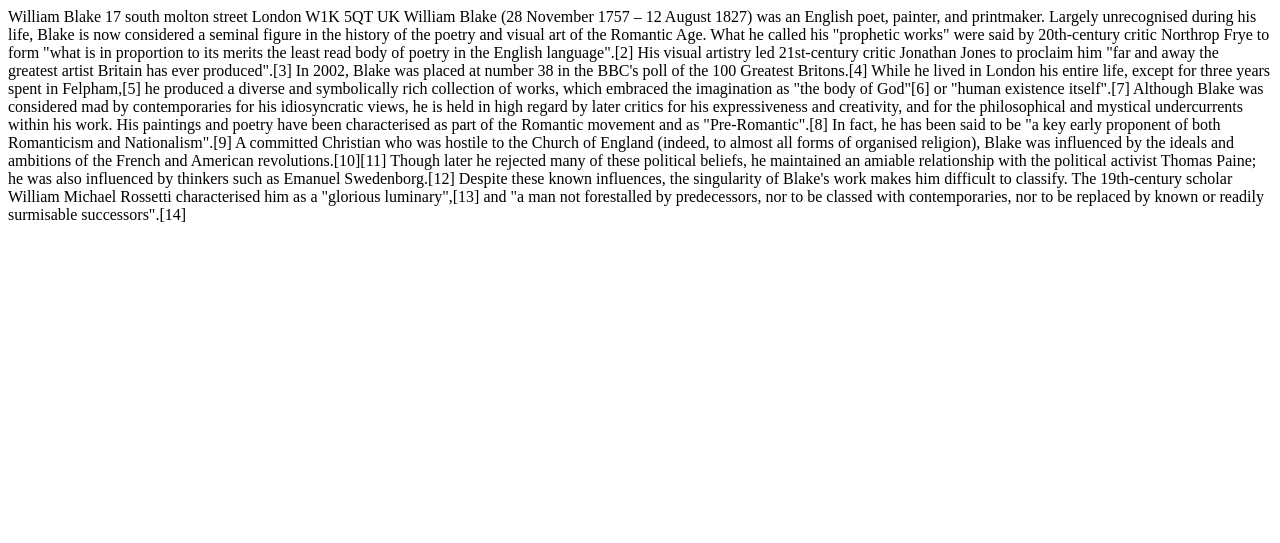
Repository: logan-lampton/python
Page: web-foundation/poet.html
These files come from the project's save history. The page is drawn as it stood at one moment and after the next save; the edit follows.
The browser window is 1280 px wide. The pictures show the whole page.

Above is the page before, as saved 2023-08-23 15:23:34.

After the next save:
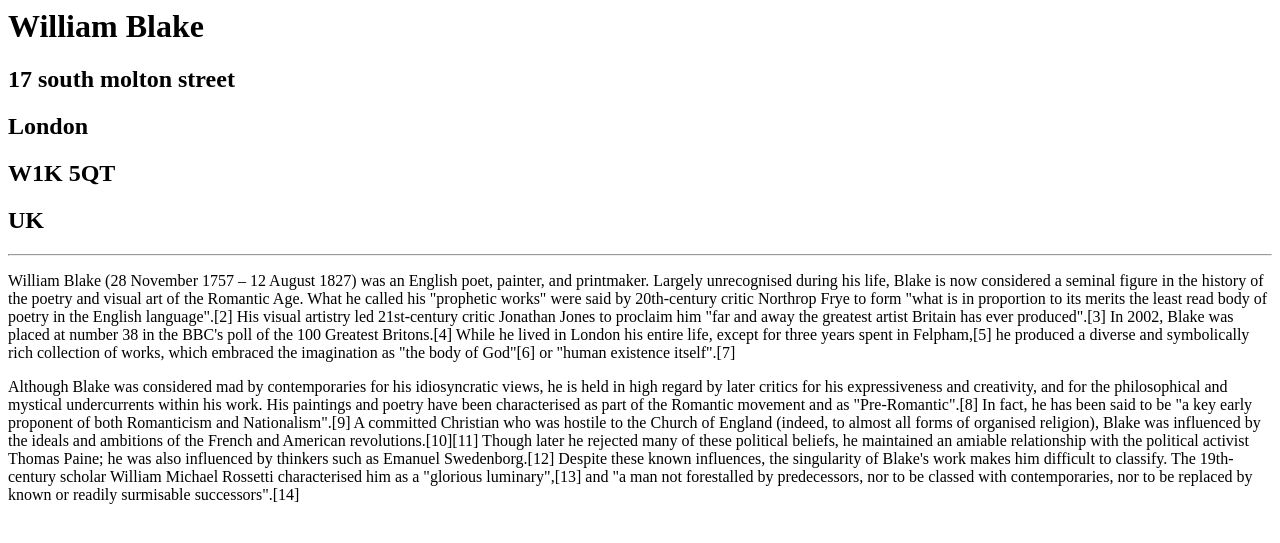
Saved 12 min 33 s later.
--- a/web-foundation/poet.html
+++ b/web-foundation/poet.html
@@ -1,28 +1,38 @@
-William Blake
+<h1>William Blake</h1>
 
-17 south molton street
-London
-W1K 5QT
-UK
+<h2>17 south molton street</h2>
+<h2>London</h2>
+<h2>W1K 5QT</h2>
+<h2>UK</h2>
+<hr />
+<p>
+  William Blake (28 November 1757 – 12 August 1827) was an English poet,
+  painter, and printmaker. Largely unrecognised during his life, Blake is now
+  considered a seminal figure in the history of the poetry and visual art of the
+  Romantic Age. What he called his "prophetic works" were said by 20th-century
+  critic Northrop Frye to form "what is in proportion to its merits the least
+  read body of poetry in the English language".[2] His visual artistry led
+  21st-century critic Jonathan Jones to proclaim him "far and away the greatest
+  artist Britain has ever produced".[3] In 2002, Blake was placed at number 38
+  in the BBC's poll of the 100 Greatest Britons.[4] While he lived in London his
+  entire life, except for three years spent in Felpham,[5] he produced a diverse
+  and symbolically rich collection of works, which embraced the imagination as
+  "the body of God"[6] or "human existence itself".[7]
+</p>
 
-
-William Blake (28 November 1757 – 12 August 1827) was an English poet, painter, and printmaker. Largely unrecognised
-during his life, Blake is now considered a seminal figure in the history of the poetry and visual art of the Romantic
-Age. What he called his "prophetic works" were said by 20th-century critic Northrop Frye to form "what is in proportion
-to its merits the least read body of poetry in the English language".[2] His visual artistry led 21st-century critic
-Jonathan Jones to proclaim him "far and away the greatest artist Britain has ever produced".[3] In 2002, Blake was
-placed at number 38 in the BBC's poll of the 100 Greatest Britons.[4] While he lived in London his entire life, except
-for three years spent in Felpham,[5] he produced a diverse and symbolically rich collection of works, which embraced the
-imagination as "the body of God"[6] or "human existence itself".[7]
-
-Although Blake was considered mad by contemporaries for his idiosyncratic views, he is held in high regard by later
-critics for his expressiveness and creativity, and for the philosophical and mystical undercurrents within his work. His
-paintings and poetry have been characterised as part of the Romantic movement and as "Pre-Romantic".[8] In fact, he has
-been said to be "a key early proponent of both Romanticism and Nationalism".[9] A committed Christian who was hostile to
-the Church of England (indeed, to almost all forms of organised religion), Blake was influenced by the ideals and
-ambitions of the French and American revolutions.[10][11] Though later he rejected many of these political beliefs, he
-maintained an amiable relationship with the political activist Thomas Paine; he was also influenced by thinkers such as
-Emanuel Swedenborg.[12] Despite these known influences, the singularity of Blake's work makes him difficult to classify.
-The 19th-century scholar William Michael Rossetti characterised him as a "glorious luminary",[13] and "a man not
-forestalled by predecessors, nor to be classed with contemporaries, nor to be replaced by known or readily surmisable
-successors".[14]
+Although Blake was considered mad by contemporaries for his idiosyncratic views,
+he is held in high regard by later critics for his expressiveness and
+creativity, and for the philosophical and mystical undercurrents within his
+work. His paintings and poetry have been characterised as part of the Romantic
+movement and as "Pre-Romantic".[8] In fact, he has been said to be "a key early
+proponent of both Romanticism and Nationalism".[9] A committed Christian who was
+hostile to the Church of England (indeed, to almost all forms of organised
+religion), Blake was influenced by the ideals and ambitions of the French and
+American revolutions.[10][11] Though later he rejected many of these political
+beliefs, he maintained an amiable relationship with the political activist
+Thomas Paine; he was also influenced by thinkers such as Emanuel Swedenborg.[12]
+Despite these known influences, the singularity of Blake's work makes him
+difficult to classify. The 19th-century scholar William Michael Rossetti
+characterised him as a "glorious luminary",[13] and "a man not forestalled by
+predecessors, nor to be classed with contemporaries, nor to be replaced by known
+or readily surmisable successors".[14]
